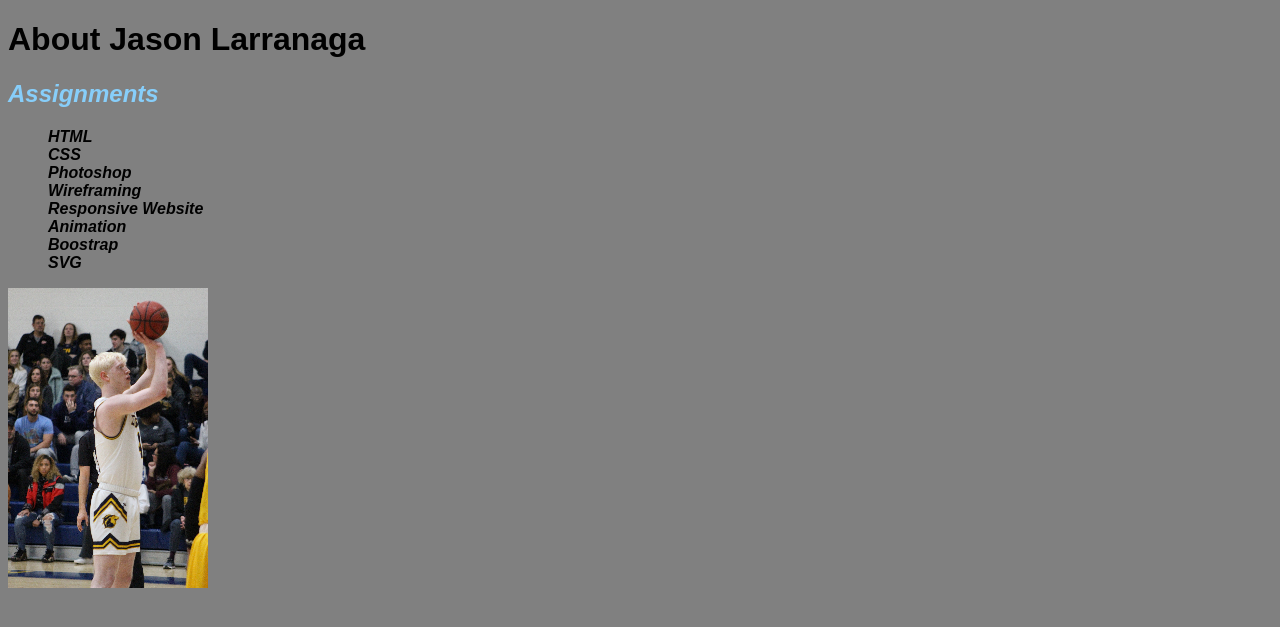
Repository: larranj1/my_website
Page: index.html
The author's editor kept a record of every edit. The page is drawn from the files as they stood at one moment, then again after the next edit.
The browser window is 1280 px wide. The pictures show the whole page.

Above is the page before.

### index.html
<!DOCTYPE html>
<html>
    <head>
        <link href = "assignments/css/first.css"
        type = "text/css"
        rel = "stylesheet">
    </head>
<h1>About Jason Larranaga</h1>
    <h2><i>Assignments</i> </h2>
    <body>
        <ul>
            <li> <a href = "assignments/html/index.html"> HTML </a> </li>
            <li> <a href = "assignments/css/index.html"> CSS </a> </li>
            <li> <a href = "assignments/photoshop/index.html"> Photoshop </a> </li>
            <li> <a href = "assignments/wireframing/index.html"> Wireframing </a> </li>
            <li> <a href = "assignments/responsive_website/index.html"> Responsive Website </a> </li>
            <li> <a href = "assignments/animation/index.html"> Animation </a> </li>
            <li> <a href = "assignments/boostrap/index.html"> Boostrap </a> </li>
            <li> <a href = "assignments/svg/index.html"> SVG </a> </li>
        </ul>

    <div>
        <img src="me.jpg" alt="Me"q>
    </div>

    </body>
</html>

### assignments/css/first.css
h1 {
  text-align: Left;
  font-family: Arial, sans-serif;
  color: Black;
}

h2 {
  font-family: Arial, sans-serif;
  color: #87CEFA;
}

ul{
  font-family: arial, sans-serif;
  font-weight: bold;
  font-style: italic;
  color: gray;
}

ol{
  font-family: arial, sans-serif;
  font-weight: bold;
  font-style: italic;
  color: white;
}

body{
  background-color: gray;
}

a{
  color: black
}

a:link{
  text-decoration: none
}

a:hover{
  text-decoration: underline
}

After the next edit:
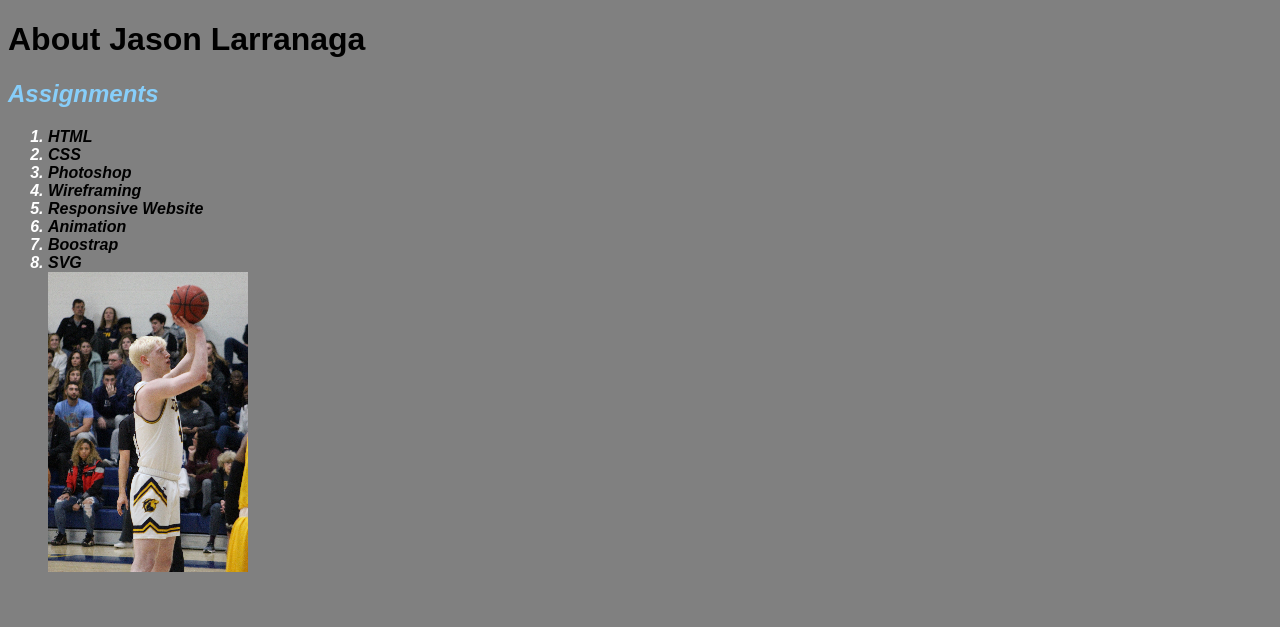
The edit:
--- a/index.html
+++ b/index.html
@@ -8,7 +8,7 @@
 <h1>About Jason Larranaga</h1>
     <h2><i>Assignments</i> </h2>
     <body>
-        <ul>
+        <ol>
             <li> <a href = "assignments/html/index.html"> HTML </a> </li>
             <li> <a href = "assignments/css/index.html"> CSS </a> </li>
             <li> <a href = "assignments/photoshop/index.html"> Photoshop </a> </li>

After the edit that followed:
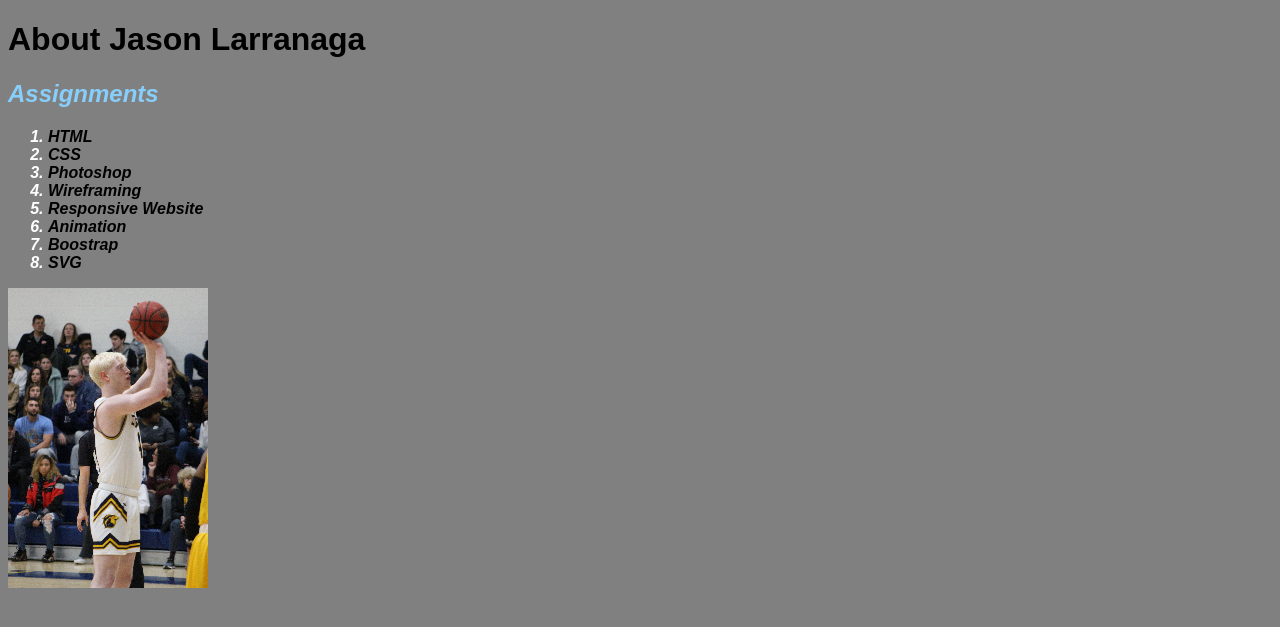
The edit:
--- a/index.html
+++ b/index.html
@@ -17,7 +17,7 @@
             <li> <a href = "assignments/animation/index.html"> Animation </a> </li>
             <li> <a href = "assignments/boostrap/index.html"> Boostrap </a> </li>
             <li> <a href = "assignments/svg/index.html"> SVG </a> </li>
-        </ul>
+        </ol>
 
     <div>
         <img src="me.jpg" alt="Me"q>
